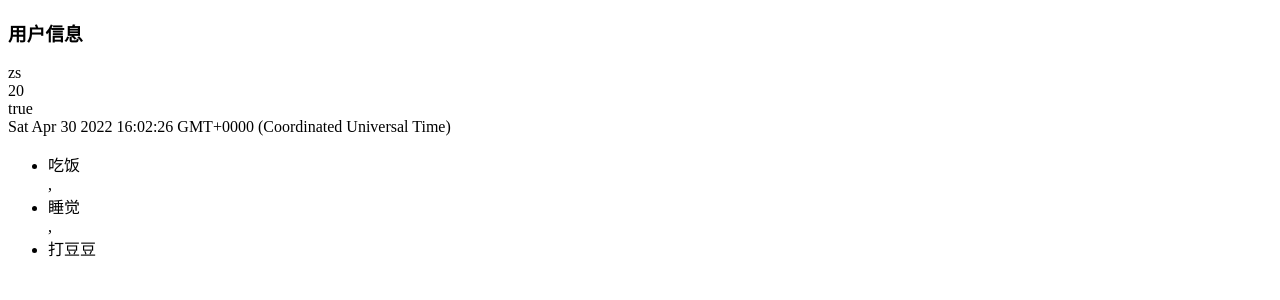
Repository: Bluesouls/eliauk.github.io
Page: Ajax学习笔记/day02/02传统方式渲染UI结构.html
An editor plug-in stored every save of this project. The page is shown before and after the next save, followed by the edit.
The browser window is 1280 px wide. The pictures show the whole page.

Above is the page before, as saved 2022-05-01 12:20:35.

After the next save:
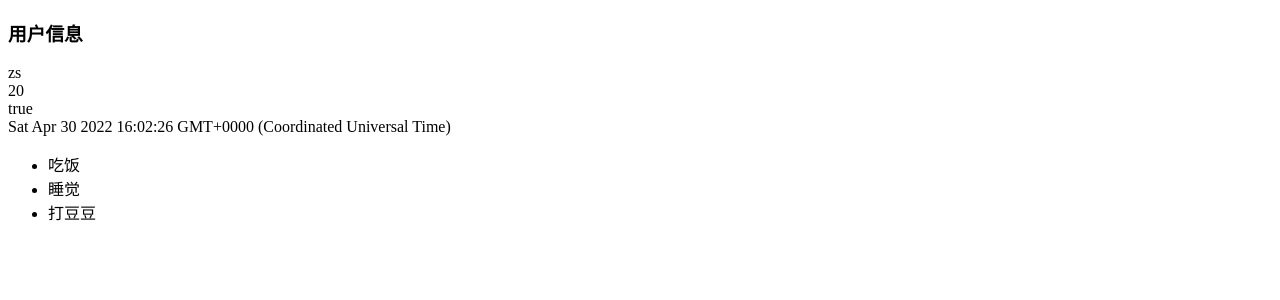
Saved 17 s later.
--- a/Ajax学习笔记/day02/02传统方式渲染UI结构.html
+++ b/Ajax学习笔记/day02/02传统方式渲染UI结构.html
@@ -35,7 +35,7 @@
     $.each(data.hobby, function (i, item) {
       rows.push('<li>' + item + '</li>')
     })
-    $('#hobby').append(rows.join())
+    $('#hobby').append(rows.join(''))
   </script>
 </body>
 
